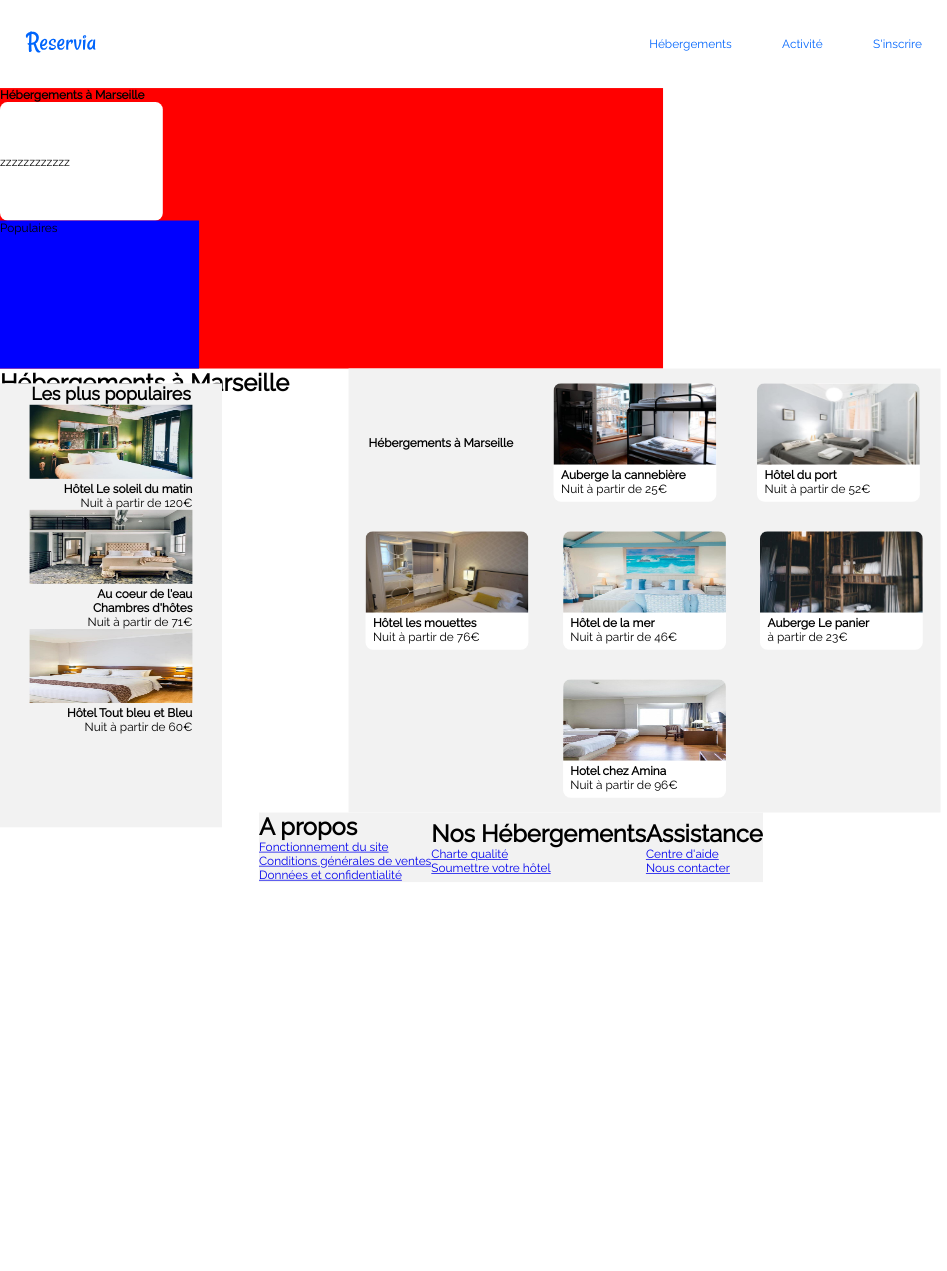
Repository: SoumareHarona/Soumaraharona_P2_18052021
Page: reservia.html
The author's editor kept a copy of each file at every save. The page is drawn from the files as they stood at one save, then again after the next save.
The browser window is 1280 px wide. The pictures show the whole page, at 74% of full size.

Above is the page before, as saved 2021-06-14 16:02:46.

### reservia.html
<!DOCTYPE html>
<html lang="fr">
    <head>
        <link rel="preconnect" href="https://fonts.gstatic.com">
        <link href="https://fonts.googleapis.com/css2?family=Raleway:wght@100&display=swap" rel="stylesheet">
        <meta charset="utf-8">
        <title>Réservia</title>
        <link rel="stylesheet" href="style.css">
        <link rel="icon" type="image/png" sizes="16x16" href="images/logo/Reservia@3x.png">
    </head>

    <body>
        <header>

            <nav class="navbar">
                <ul>
                    <li class="navbar-logo"><a href="#"><img class="logo" src="images/logo/Reservia.svg"></a></li>
                    <li class="=navbar-links"><a href="#">Hébergements</a></li>
                    <li class="navbar-links"><a href="#">Activité</a></li>
                    <li class="navbar-links"><a href="#">S'inscrire</a></li>
                </ul>
            </nav>

        </header>

        <div class="hebEtPop">
            <div class="heb" style="background-color: red;">
                <p class="titre"><b>Hébergements à Marseille</b></p>
                <div class="cards">
                <div class="items" style="display: flex;">
                    <div class="card">zzz</div>
                    <div class="card">zzz</div>
                    <div class="card">zzz</div>
                    <div class="card">zzz</div>

                </div>

            </div>
            <div class="pop" style="background-color: blue;height: 200px;">Populaires</div>
        </div>

        <div><h1>Hébergements à Marseille</h1></div>


            <div id="hebergements">
                <div class="titre"><p><b>Hébergements à Marseille</b></p></div>
                <div class="items">
                    <a href="#"><img class="mosaique" src="images/hebergements/4_small/marcus-loke-WQJvWU_HZFo-unsplash.jpg" alt="" ></a>
                    <p><b>Auberge la cannebière</b><br>Nuit à partir de 25€</p>
                </div>

                <div class="items">
                    <a href="#"><img class="mosaique" src="images/hebergements/4_small/fred-kleber-gTbaxaVLvsg-unsplash.jpg" alt="" ></a>
                    <p><b>Hôtel du port</b><br> Nuit à partir de 52€</p>
                </div>

                <div class="items">
                    <a href="#"><img class="mosaique" src="images/hebergements/4_small/reisetopia-B8WIgxA_PFU-unsplash.jpg" alt="" ></a>
                    <p><b>Hôtel les mouettes</b><br>Nuit à partir de 76€</p>
                </div>

                <div class="items">
                    <a href="#"><img class="mosaique" src="images/hebergements/4_small/annie-spratt-Eg1qcIitAuA-unsplash.jpg" alt="" ></a>
                    <p><b>Hôtel de la mer</b> <br> Nuit à partir de 46€</p>
                </div>

                <div class="items">
                    <a href="#"><img class="mosaique" src="images/hebergements/4_small/nicate-lee-kT-ZyaiwBe0-unsplash.jpg" alt=""  ></a>
                    <p><b>Auberge Le panier</b><br> à partir de 23€</p>
                </div>

                <div class="items">
                    <a href="#"><img class="mosaique" src="images/hebergements/4_small/febrian-zakaria-M6S1WvfW68A-unsplash.jpg" alt="" ></a>
                    <p><b>Hotel chez Amina</b><br> Nuit à partir de 96€</p>
                </div>
            </div>

            <aside>
                <h2>Les plus populaires</h2>
                <div class="item-aside">
                    <a href="#"><img src="images/hebergements/4_small/emile-guillemot-Bj_rcSC5XfE-unsplash.jpg" alt="" height="100" width="220"></a>
                    <p><b>Hôtel Le soleil du matin</b><br>Nuit à partir de 120€</p>
                </div>

                <div class="item-aside">
                    <a href="#"><img src="images/hebergements/4_small/aw-creative-VGs8z60yT2c-unsplash.jpg" alt="" height="100" width="220"></a>
                    <p><b>Au coeur de l'eau</b><br><b>Chambres d'hôtes</b><br>Nuit à partir de 71€</p>
                </div>

                <div class="item-aside">
                    <a href="#"><img src="images/hebergements/4_small/febrian-zakaria-sjvU0THccQA-unsplash.jpg" alt="" height="100" width="220"></a>
                    <p><b>Hôtel Tout bleu et Bleu</b><br>Nuit à partir de 60€</p>
                </div>
        </aside>

        <footer>
            <div id="footer">
                <div class="item-footer">
                    <h1>A propos</h1>
                    <ul>
                        <li><a href="#">Fonctionnement du site</a></li>
                        <li><a href="#">Conditions générales de ventes</a></li>
                        <li><a href="#">Données et confidentialité</a></li>
                    </ul>
                </div>

                <div class="item-footer">
                    <h1>Nos Hébergements</h1>
                    <ul>
                        <li><a href="#">Charte qualité</a></li>
                        <li><a href="#">Soumettre votre hôtel</a></li>
                    </ul>
                </div>

                <div class="item-footer">
                    <h1>Assistance</h1>
                    <ul>
                        <li><a href="#">Centre d'aide</a></li>
                        <li><a href="#">Nous contacter</a></li>
                    </ul>
                </div>
            </div>
        </footer>
    </body>
</html>

### style.css
@import url("https://fonts.googleapis.com/css2?family=Raleway&display=swap");

* {
  margin: 0;
  padding: 0;
  box-sizing: border-box;
  font-family: "Raleway";
}
.navbar ul {
  display: flex;
  width: 100%;
  align-items: center;
  background-color: white;
}

.navbar li {
  list-style-type: none;
  padding: 1.5rem;
  margin: 10px;
}

.navbar a {
  text-decoration: none;
  color: #0065fc;
}
.navbar-logo {
  flex: 1;
  font-size: 1.5rem;
  user-select: none;
}

.navbar-links : :hover {
  background-color: #deebff;
}

.titre {
  display: flex;
  justify-content: flex-start;
  margin: 0;
}
#hebergements {
  display: flex;
  flex-wrap: wrap;
  justify-content: space-around;
  max-width: 800px;
  width: 80%;
  background-color: #f2f2f2;
  margin-left: 80px;
  align-items: center;
  height: 600px;
  border: 30px;
}

.items {
  width: 220px;
  height: 160px;
  background-color: white;
  border-radius: 10px;
  align-items: center;
  border: 20px;
}
.items img {
  width: 220px;
  height: 110px;
  border-top-left-radius: 10px;
  border-top-right-radius: 10px;
}

.items p {
  margin-left: 10px;
}

aside {
  display: flex;
  flex-direction: column;
  float: right;
  height: 600px;
  width: 300px;
  text-align: right;
  margin-top: 20px;
  background-color: #f2f2f2;
  position: relative;
  top: -600px;
  margin-right: 50px;
  align-items: center;
}

.item-footer ul {
  list-style-type: none;
}

.item-footer li {
  align-items: center;
}
#footer {
  display: flex;
  justify-content: space-around;
  flex-wrap: wrap;
  align-items: center;
  background-color: #f2f2f2;
  max-width: 1400px;
  width: 100%;
}

.hebEtPop {
  display: flex;
  flex-wrap: wrap;
}

.heb {
  width: 70%;
}
.pop {
  width: 30%;
}

/* tablet */
@media screen and (min-width: 768px) and (max-width: 1023px) {
  .heb {
    order: 2;
    width: 100%;
  }
  .pop {
    order: 1;
    width: 100%;
  }
}

/* mobile */
@media screen and (max-width: 767px) {
}

/*
@media (max-width: 600px) {
        .navbar ul {
            flex-wrap: wrap;
        }
        .navbar-links {
            width: 100%;
            text-align: center;
        }
        .aside {
            display: flex;
            flex-direction: row;
            width: 100%;

        }

} */

After the next save:
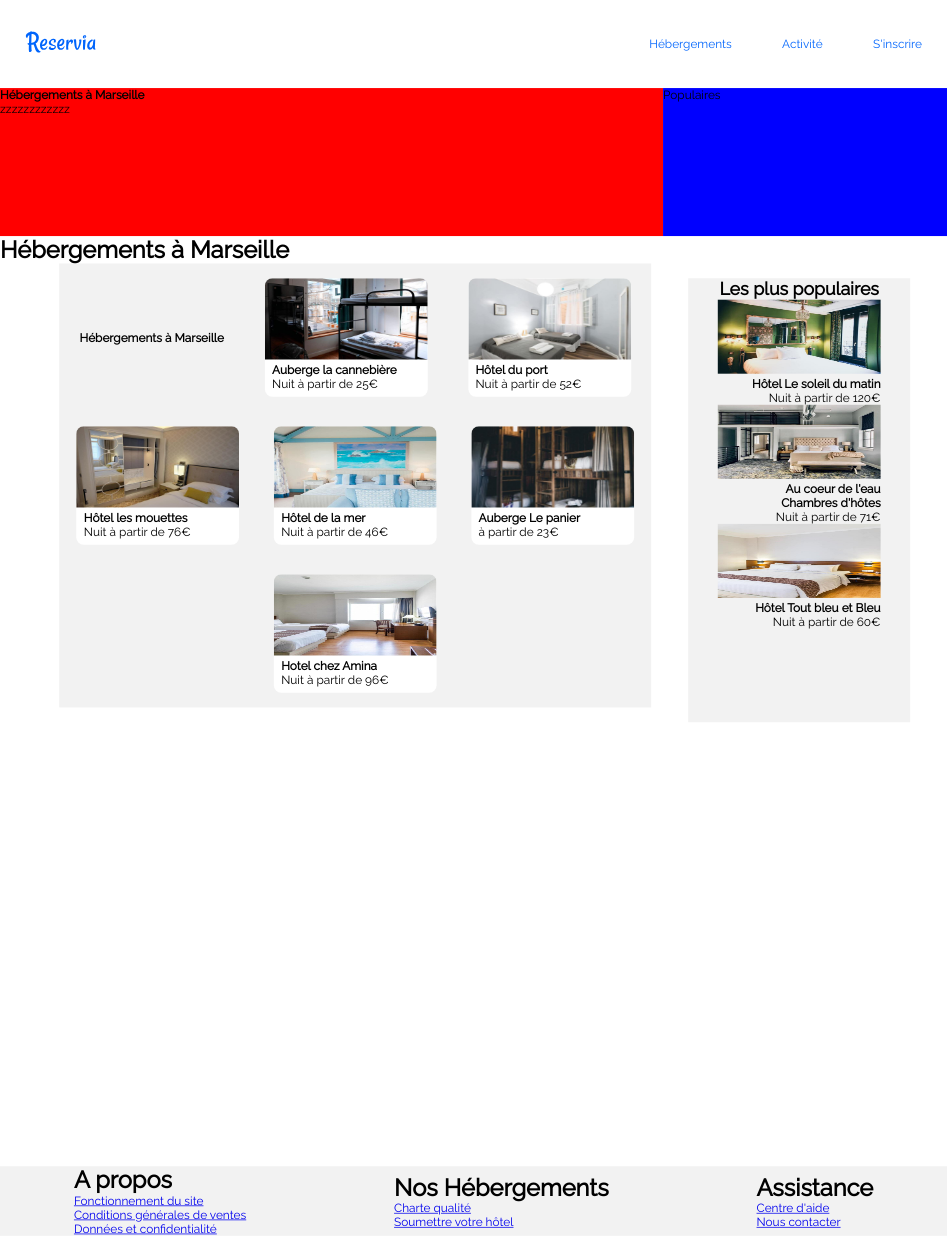
Saved 68 s later.
--- a/reservia.html
+++ b/reservia.html
@@ -26,8 +26,8 @@
         <div class="hebEtPop">
             <div class="heb" style="background-color: red;">
                 <p class="titre"><b>Hébergements à Marseille</b></p>
-                <div class="cards">
-                <div class="items" style="display: flex;">
+                <div class="cards" style="display: flex;">
+
                     <div class="card">zzz</div>
                     <div class="card">zzz</div>
                     <div class="card">zzz</div>
